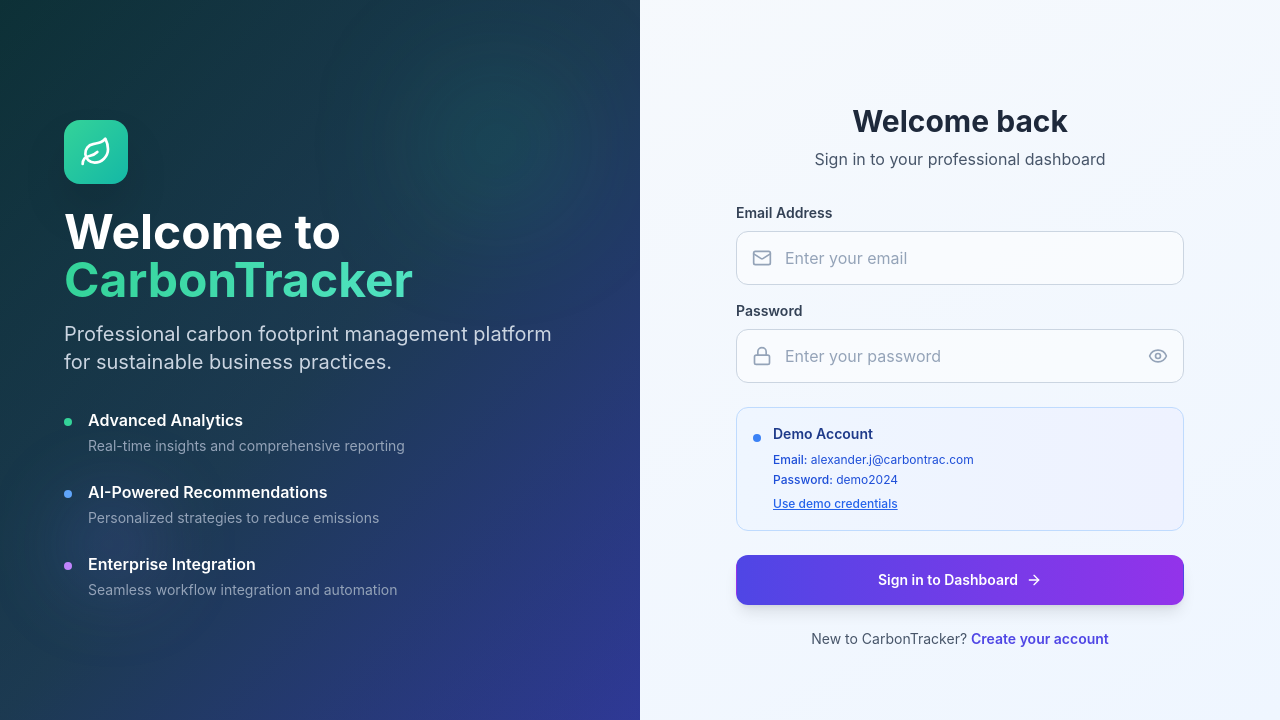
Repository: MithileshSP/EcoTrack
Page: /
These files come from the project's save history. The page is drawn as it stood at one moment and after the next save; the edit follows.
The browser window is 1280 px wide. The pictures show the whole page.
The project was rebuilt for these pictures with package versions that can differ from the ones it lists, and the page was loaded fresh each time. Also part of the build but not shown: vite.config.js, src/components/layout/Navbar.jsx, src/pages/Dashboard.jsx, src/pages/DataEntry.jsx, src/pages/Analytics.jsx, src/pages/Recommendations.jsx, src/pages/Profile.jsx, src/pages/Register.jsx.

Above is the page before, as saved 2025-09-26 11:27:10.

After the next save:
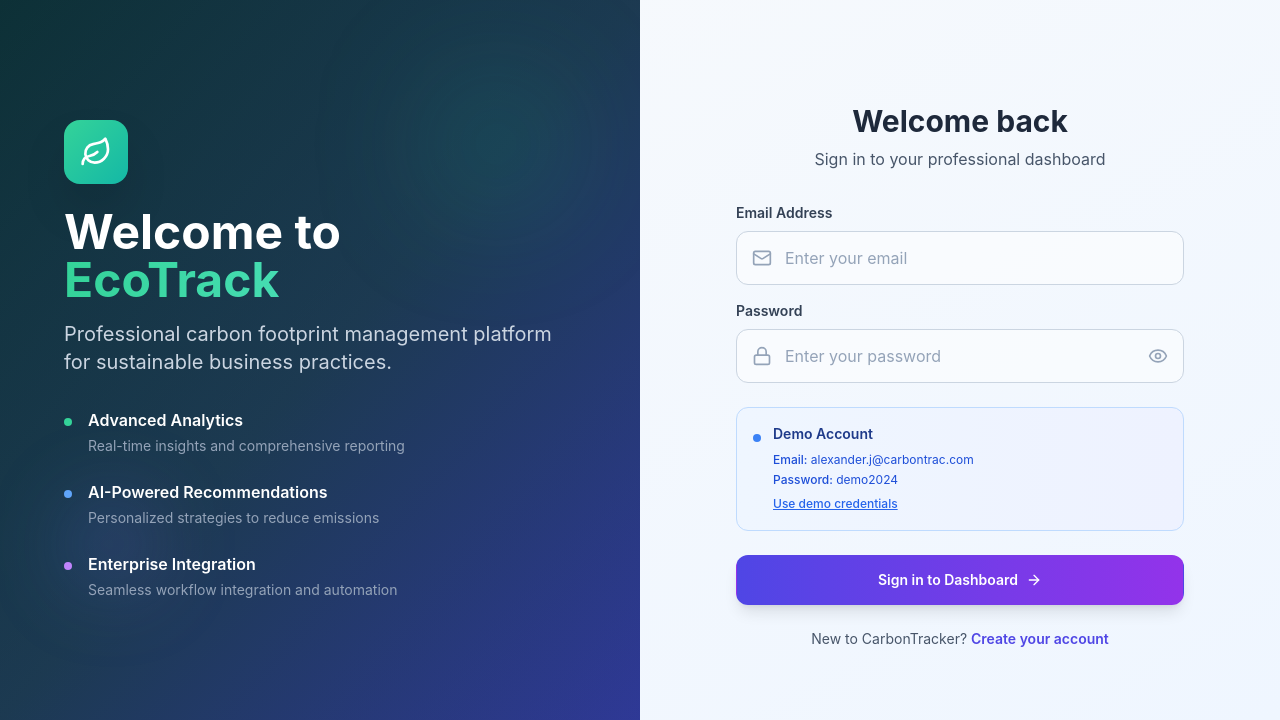
Saved 2 min 56 s later.
--- a/src/pages/Login.jsx
+++ b/src/pages/Login.jsx
@@ -59,7 +59,7 @@
             <h1 className="text-4xl xl:text-5xl font-bold text-white mb-4">
               Welcome to
               <span className="block bg-gradient-to-r from-emerald-400 to-teal-300 bg-clip-text text-transparent">
-                CarbonTracker
+                EcoTrack
               </span>
             </h1>
             <p className="text-slate-300 text-lg xl:text-xl leading-relaxed">
